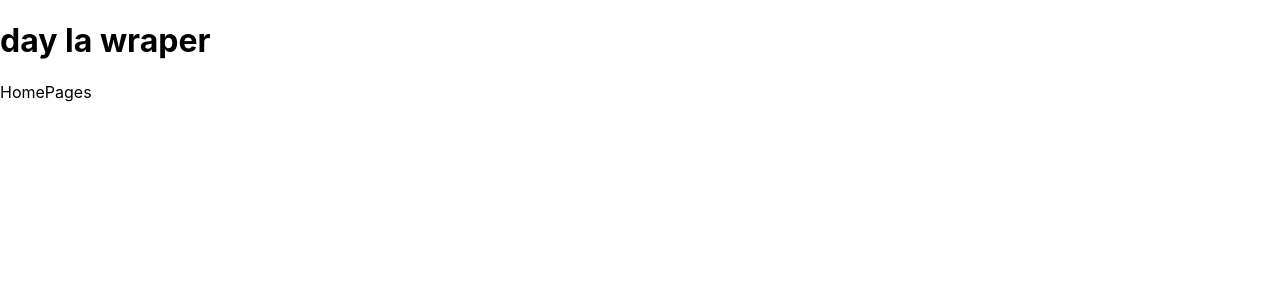
Repository: truongnguyenuit/learn_api
Page: /
These files come from the project's save history. The page is drawn as it stood at one moment and after the next save; the edit follows.
The browser window is 1280 px wide. The pictures show the whole page.
The page's requests for data from a server got no answer. The project was rebuilt for these pictures with package versions that can differ from the ones it lists, and the page was loaded fresh each time. No one was signed in, and anything a server would have sent is missing.

Above is the page before, as saved 2022-06-10 15:01:15.

After the next save:
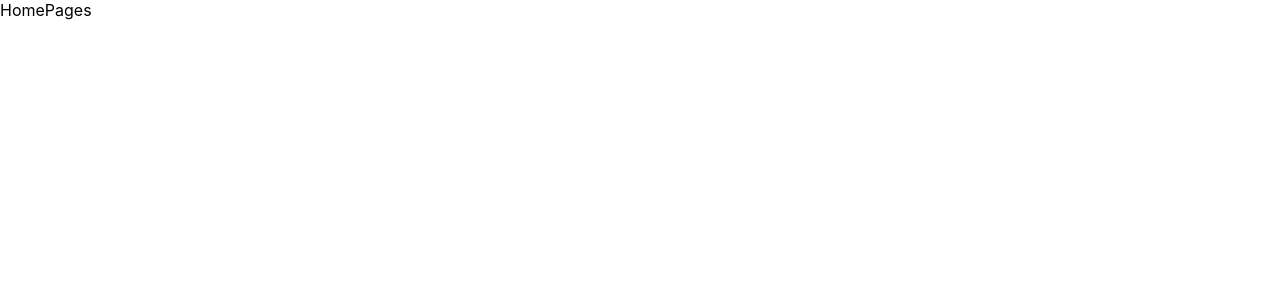
Saved 4 s later.
--- a/src/App.js
+++ b/src/App.js
@@ -24,7 +24,7 @@
   console.log("day la wraper")
   return (
     <>
-      <h1>day la wraper</h1>
+      {/* <h1>day la wraper</h1> */}
       <Outlet />
     </>
   )

After the 3 saves that followed:
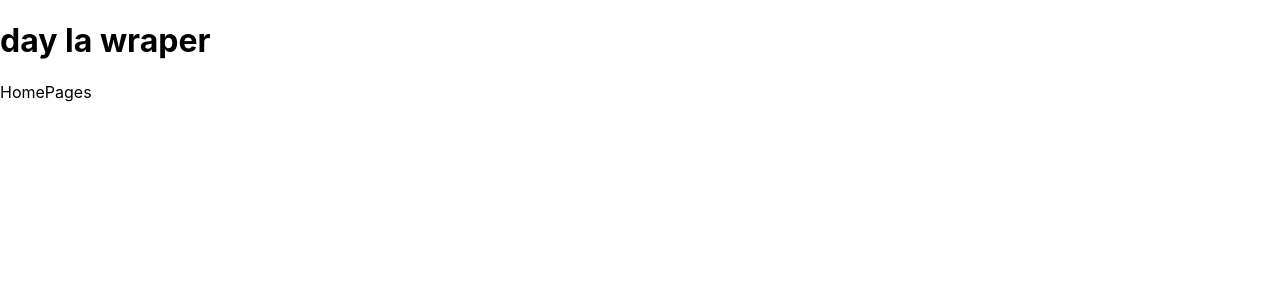
The 3 saves are shown as one change because 1 left the picture as it was and some came seconds apart.
The last was saved 30 s later.
--- a/src/App.js
+++ b/src/App.js
@@ -21,10 +21,10 @@
   );
 }
 function Wrapper() {
-  console.log("day la wraper")
+  // console.log("day la wraper")
   return (
     <>
-      {/* <h1>day la wraper</h1> */}
+      <h1>day la wraper</h1>
       <Outlet />
     </>
   )
--- a/src/pages/HomePages.jsx
+++ b/src/pages/HomePages.jsx
@@ -2,7 +2,7 @@ import React, { useEffect } from 'react'
 import { testApi } from '../api/apiRequest'
 
 export default function HomePages(){
-  console.log("day la homepage")
+  // console.log("day la homepage")
 
   useEffect(()=>{
     getApi()
